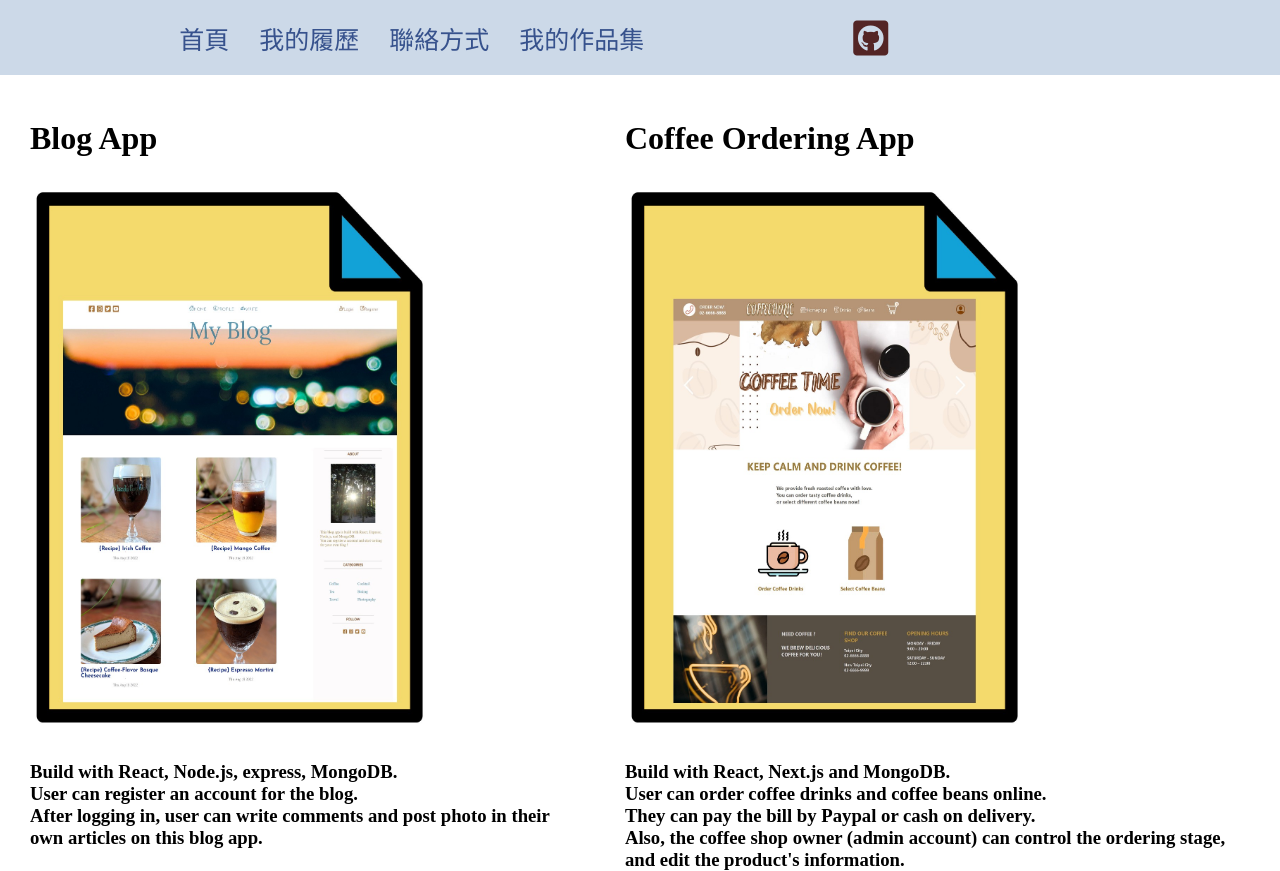
Repository: lcjyc/portfolio-website
Page: /portfolio
The author's editor kept a copy of each file at every save. The page is drawn from the files as they stood at one save, then again after the next save.
The browser window is 1280 px wide. The pictures show the whole page.
The project was rebuilt for these pictures with package versions that can differ from the ones it lists, and the page was loaded fresh each time. Also part of the build but not shown: src/pages/home/home.css, src/pages/home/Home.jsx, src/pages/resume/resume.css, src/pages/resume/Resume.jsx, src/pages/contact/contact.css, src/pages/contact/Contact.jsx.

Above is the page before, as saved 2022-08-21 11:36:10.

### public/index.html
<!DOCTYPE html>
<html lang="zh-tw">
  <head>
    <meta charset="utf-8" />
    <meta name="viewport" content="width=device-width, initial-scale=1" />
    <meta name="theme-color" content="#000000" />
    <meta
      name="description"
      content="Web site created using create-react-app"
    />
    <link
      href="https://fonts.googleapis.com/css2?family=Josefin+Sans:wght@100;200;300;400;500;600;700&family=Lora:ital@0;1&family=Varela&family=Varela+Round&display=swap"
      rel="stylesheet"
    />
    <link
      rel="stylesheet"
      href="https://cdnjs.cloudflare.com/ajax/libs/font-awesome/5.15.3/css/all.min.css"
      integrity="sha512-iBBXm8fW90+nuLcSKlbmrPcLa0OT92xO1BIsZ+ywDWZCvqsWgccV3gFoRBv0z+8dLJgyAHIhR35VZc2oM/gI1w=="
      crossorigin="anonymous"
    />
    <style>
      * {
        margin: 0;
      }
    </style>
    <style>
      .link {
        text-decoration: none;
        color: inherit;
      }
    </style>
    <title>Lesley Chen|Portfolio</title>
  </head>

  <body>
    <noscript>You need to enable JavaScript to run this app.</noscript>
    <div id="root"></div>
  </body>
</html>

### src/App.js
import TopBar from "./components/topbar/TopBar";
import Home from "./pages/home/Home";
import Resume from "./pages/resume/Resume";
import Contact from "./pages/contact/Contact";
import Portfolio from "./pages/portfolio/Portfolio";

import { BrowserRouter as Router, Routes, Route } from "react-router-dom";

function App() {
  return (
    <Router>
      <TopBar />
      <Routes>
        <Route path="/" element={<Home />} />
        <Route path="/resume" element={<Resume />} />
        <Route path="/contact" element={<Contact />} />
        <Route path="/portfolio" element={<Portfolio />} />
      </Routes>
    </Router>
  );
}

export default App;

### src/components/topbar/TopBar.jsx
import { Link } from "react-router-dom";
import "./topbar.css";

export default function TopBar() {
  return (
    <div className="top">
      <div className="topLeft">
        <ul className="topList">
          <li className="topListItem">
            <Link className="link" to="/">
              首頁
            </Link>
          </li>
          <li className="topListItem">
            <Link className="link" to="/resume">
              我的履歷
            </Link>
          </li>
          <li className="topListItem">
            <Link className="link" to="/contact">
              聯絡方式
            </Link>
          </li>
          <li className="topListItem">
            <Link className="link" to="/portfolio">
              我的作品集
            </Link>
          </li>
        </ul>
      </div>
      <div className="topRight">
        <a href="https://github.com/lcjyc/">
          <i className="topIcon fab fa-github-square"></i>
        </a>
      </div>
    </div>
  );
}

### src/pages/portfolio/Portfolio.jsx
import "./portfolio.css";
import blog from "../../images/blog.jpg";
import coffeeorder from "../../images/coffeeorder.jpg";

const portfolio = () => {
  return (
    <div className="portfolio">
      <div className="left">
        <a
          href="https://lesleyblog.herokuapp.com/"
          target="_blank"
          rel="noopener noreferrer"
          className="link"
        >
          <h1 className="app">Blog App</h1>
        </a>
        <img src={blog} alt="" className="img" />
        <div className="desc">
          <h3>
            Build with React, Node.js, express, MongoDB.
            <br />
            User can register an account for the blog.
            <br />
            After logging in, user can write comments and post photo in their
            own articles on this blog app.
            <br />
          </h3>
        </div>
      </div>
      <div className="right">
        <a
          href="https://coffee-ordering.vercel.app/"
          target="_blank"
          rel="noopener noreferrer"
          className="link"
        >
          <h1 className="app">Coffee Ordering App</h1>
        </a>
        <img src={coffeeorder} alt="" className="img" />
        <div className="desc">
          <h3>
            Build with React, Next.js and MongoDB.
            <br />
            User can order coffee drinks and coffee beans online.
            <br />
            They can pay the bill by Paypal or cash on delivery.
            <br />
            Also, the coffee shop owner (admin account) can control the ordering
            stage, and edit the product's information.
          </h3>
        </div>
      </div>
    </div>
  );
};

export default portfolio;

### src/components/topbar/topbar.css
.top {
  width: 100%;
  height: 6vh;
  background-color: rgb(154, 179, 210, 0.5);
  position: sticky;
  top: 0;
  padding: 1rem 0rem;
  display: flex;
  align-items: center;
  z-index: 999;
}

.topLeft {
  flex: 6;
  display: flex;
  align-items: center;
  justify-content: center;
}

.topRight {
  flex: 3;
  display: flex;
}

.topIcon {
  font-size: 40px;
  margin-right: 10px;
  color: rgb(83, 37, 37);
  cursor: pointer;
}

.topImg {
  width: 40px;
  height: 40px;
  border-radius: 50%;
  object-fit: cover;
  cursor: pointer;
}

.topList {
  display: flex;
  justify-content: center;
  margin: 0;
  padding: 0;
  list-style: none;
}

.topListItem {
  margin-right: 30px;
  font-size: 25px;
  color: rgb(55, 82, 141);
  cursor: pointer;
}

.topListItem :hover {
  color: white;
}

### src/pages/portfolio/portfolio.css
.portfolio {
  display: flex;
  height: 87vh;
  width: 100%;
  padding-top: 2vh;
}

.left, .right{
    flex: :1;
    padding:30px;
}

.left > img {
  height: 600px;
  width: 400px;
}

.right > img {
  height: 600px;
  width: 400px;
}

Loaded but not shown: src/index.js (common file)

After the next save:
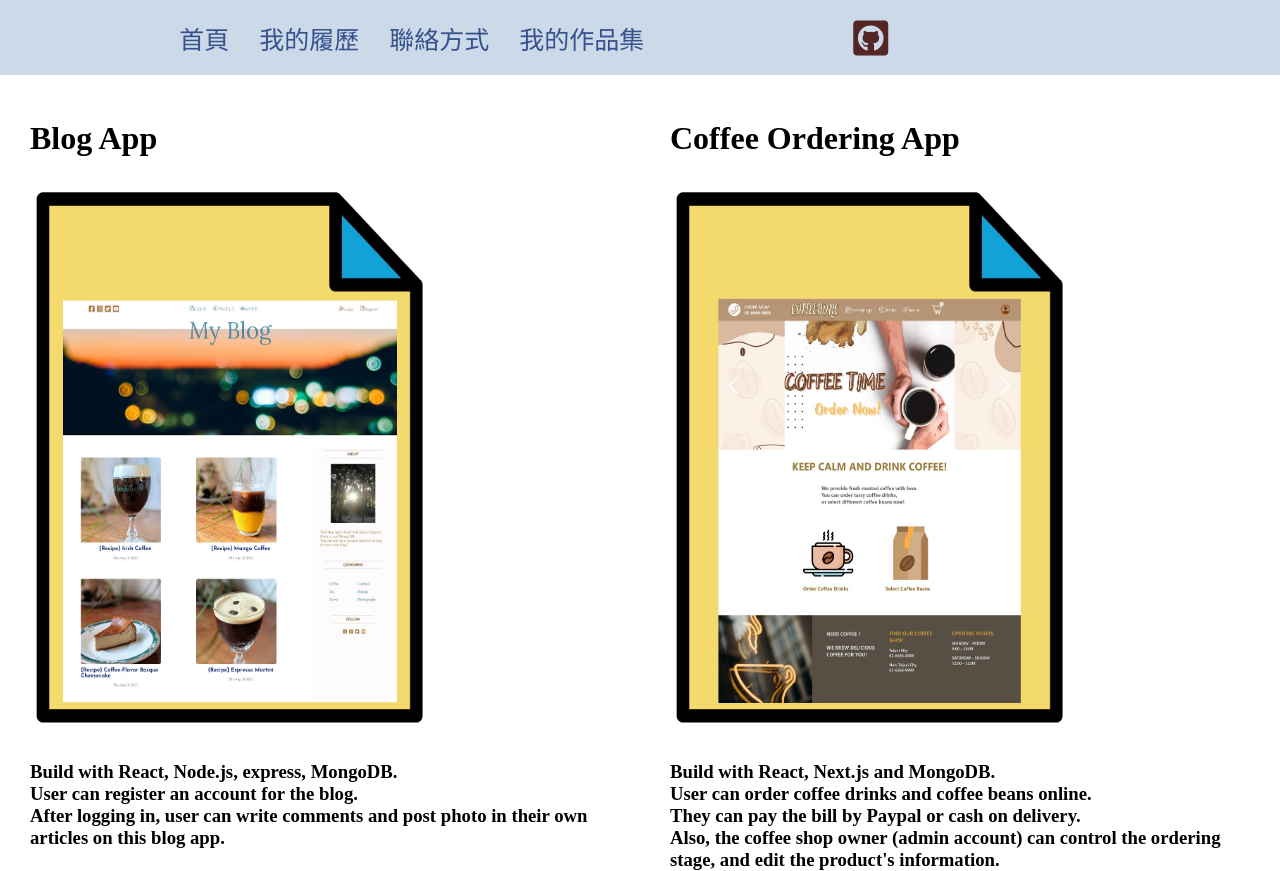
Saved 6 s later.
--- a/src/pages/portfolio/portfolio.css
+++ b/src/pages/portfolio/portfolio.css
@@ -5,9 +5,10 @@
   padding-top: 2vh;
 }
 
-.left, .right{
-    flex: :1;
-    padding:30px;
+.left,
+.right {
+  flex: 1;
+  padding: 30px;
 }
 
 .left > img {
